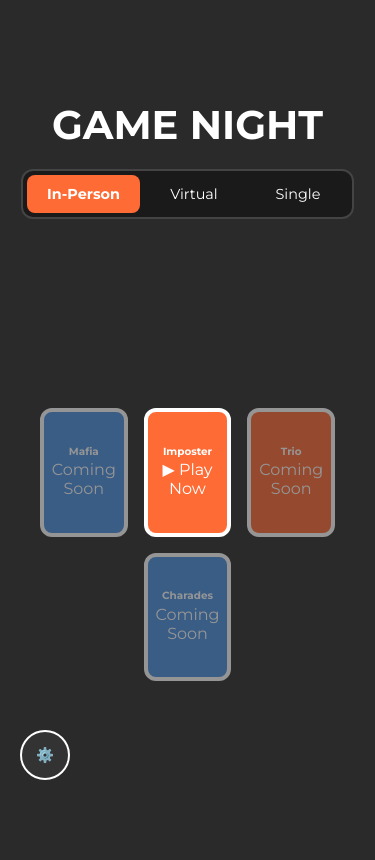
Repository: nfemmanuel/game-night-app
Page: /
These files come from the project's save history. The page is drawn as it stood at one moment and after the next save; the edit follows.
The browser window is 375 px wide. The pictures show the whole page.
The project was rebuilt for these pictures with package versions that can differ from the ones it lists, and the page was loaded fresh each time. Also part of the build but not shown: src/components/BackButton.jsx, src/components/HelpButton.jsx, src/pages/imposter/ImposterSetup.jsx, src/data/wordList.js, src/pages/imposter/ImposterReveal.jsx, src/pages/imposter/ImposterVoting.jsx.

Above is the page before, as saved 2026-01-03 19:49:13.

After the next save:
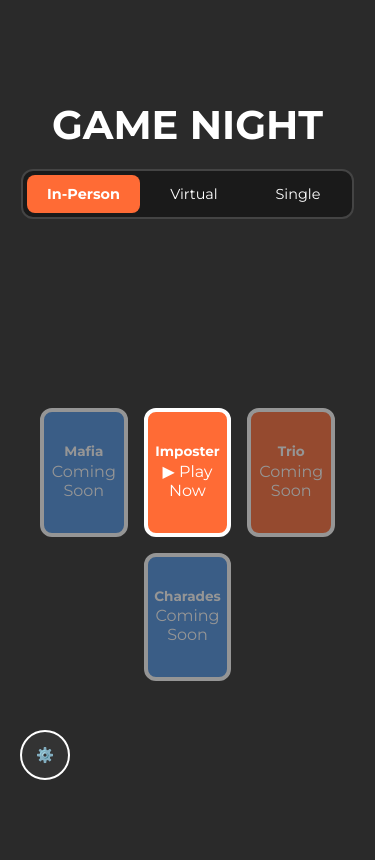
Saved 15 s later.
--- a/src/components/GameCard.module.css
+++ b/src/components/GameCard.module.css
@@ -91,7 +91,7 @@
     }
 
     .cardName {
-        font-size: 0.65rem;
+        font-size: 0.85rem;
         font-weight: bold;
         margin-bottom: 3px;
         line-height: 1;
